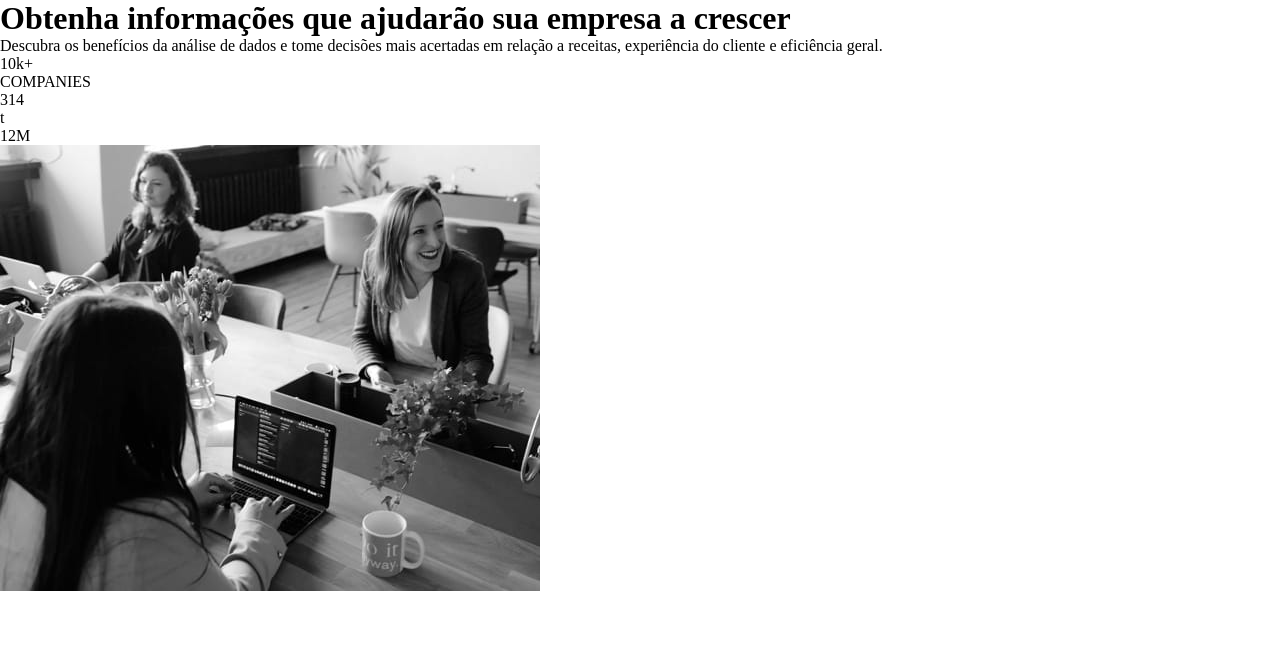
Repository: caique2512/componentes-de-estatisticas
Page: index.html
These files come from the project's save history. The page is drawn as it stood at one moment and after a run of saves; the edit follows.
The browser window is 1280 px wide. The pictures show the whole page.

Above is the page before, as saved 2026-03-03 16:54:17.

### index.html
<!DOCTYPE html>
<html lang="pt-br">
<head>
    <meta charset="UTF-8">
    <meta name="viewport" content="width=device-width, initial-scale=1.0">
    <title>Estatisticas</title>
    <link rel="stylesheet" href="src/reset.css">
</head>
<body>
    <main class="conteudo">
        <div class="conteudo-principal">
            <h1>Obtenha informações que ajudarão sua empresa a crescer</h1>
            <p>Descubra os benefícios da análise de dados e tome decisões mais acertadas em relação a receitas, experiência do cliente e eficiência geral.</p>
            <ul>
                <li>10k+</li>
                <li>COMPANIES</li>
                <li>314</li>
                <li>t</li>
                <li>12M</li>
            </ul>
        </div>
        <picture class="img">
            <img src="./images/image-header-desktop.jpg" alt="Mulheres no escritório">
        </picture>
    </main>
</body>
</html>

Loaded but not shown: src/reset.css (common file)

After the next 3 saves:
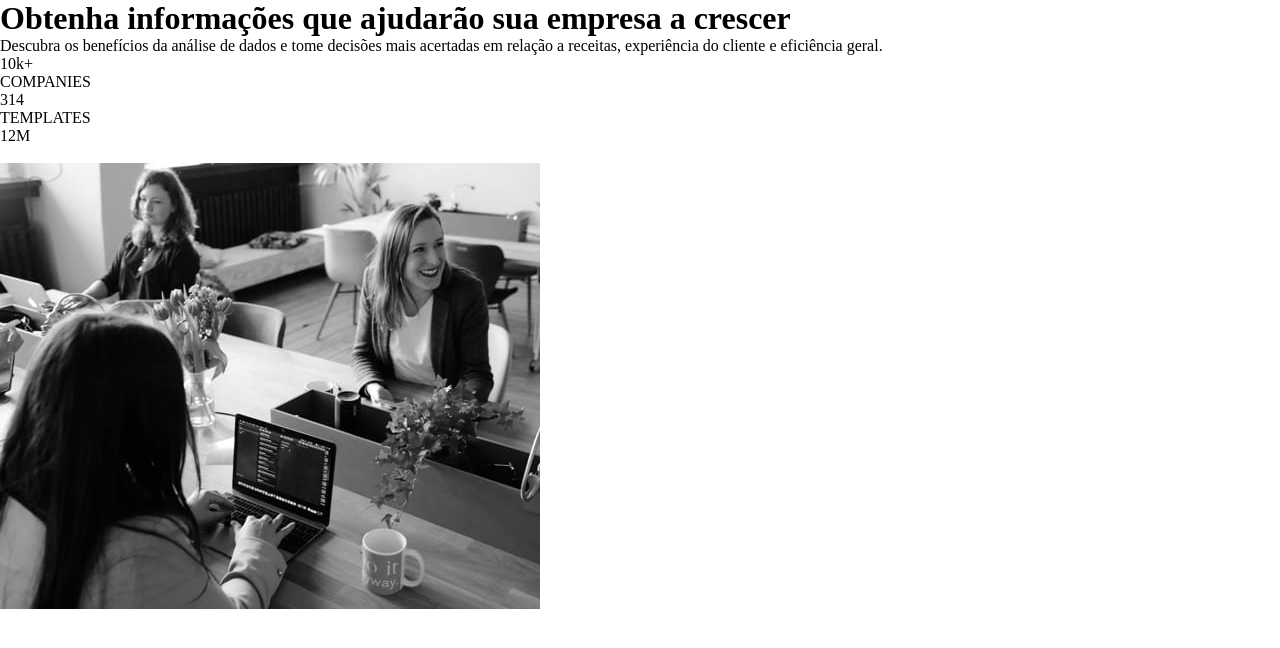
The 3 saves are shown as one change because they came seconds apart.
The last was saved 12 s later.
--- a/index.html
+++ b/index.html
@@ -15,8 +15,9 @@
                 <li>10k+</li>
                 <li>COMPANIES</li>
                 <li>314</li>
-                <li>t</li>
+                <li>TEMPLATES</li>
                 <li>12M</li>
+                <li></li>
             </ul>
         </div>
         <picture class="img">
